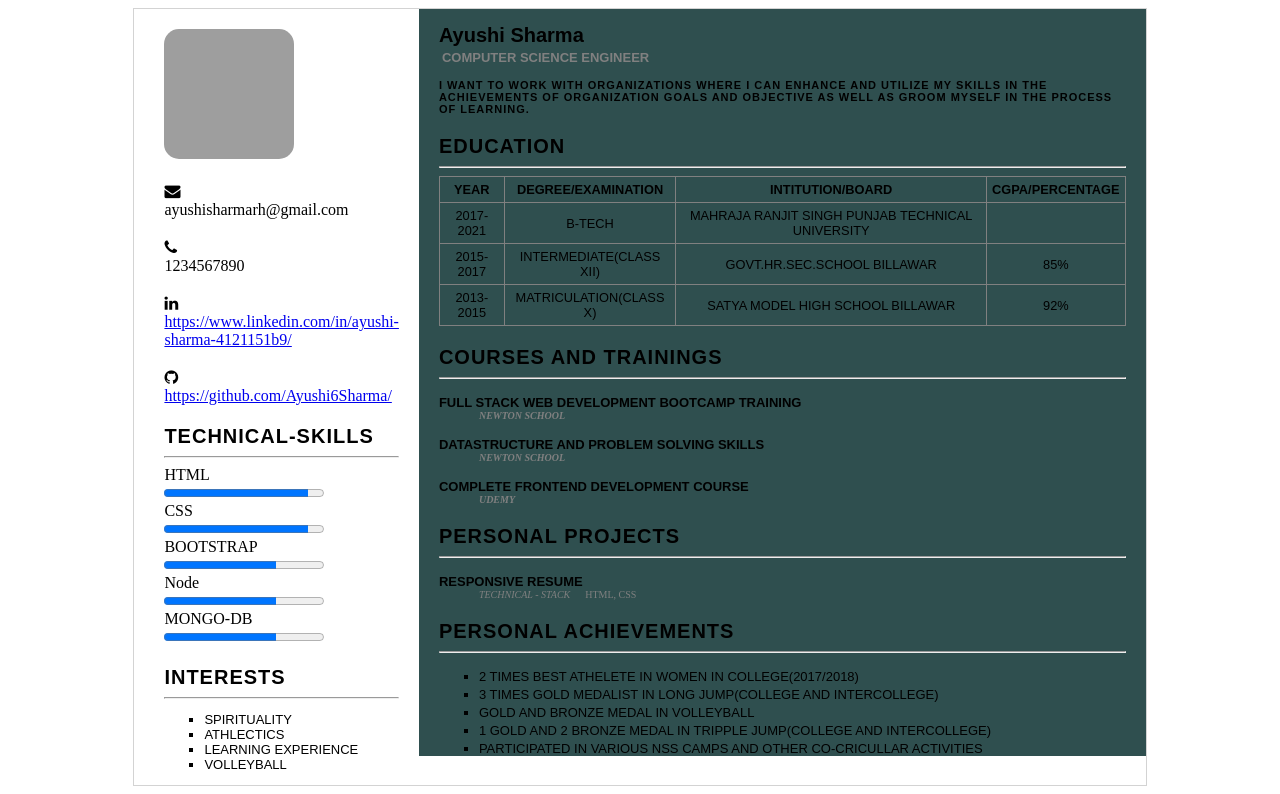
Repository: Ayushi6Sharma/Resume
Page: index.html
The author's editor kept a copy of each file at every save. The page is drawn from the files as they stood at one save, then again after the next save.
The browser window is 1280 px wide. The pictures show the whole page.
Pictures or frames that could not be fetched are drawn as grey boxes.

Above is the page before, as saved 2022-05-04 16:36:55.

### index.html
<!DOCTYPE html>
<html lang="en">
    <head>
        <meta charset="utf-8">
        <meta http-equiv="X-UA-Compatible" content="IE=edge">
        <meta name="viewport" content="width=device-width, initial-scale=1">
        <meta name="description" content="Responsive resume for companies">
        <meta name="author" content="Ayushi Sharma">
        <div class="profile-linkedin"></div>
        <link rel="stylesheet" href="style.css">
        <!-- <link rel="stylesheet" href="https://cdn.jsdelivr.net/npm/@fortawesome/fontawesome-free@5.15.4/css/fontawesome.min.css" integrity="sha384-jLKHWM3JRmfMU0A5x5AkjWkw/EYfGUAGagvnfryNV3F9VqM98XiIH7VBGVoxVSc7" crossorigin="anonymous"> -->
        <!-- <link href="https://cdnjs.cloudflare.com/ajax/libs/font-awesome/5.13.0/css/all.min.css" rel="stylesheet"> -->
        <link rel="stylesheet" href="https://stackpath.bootstrapcdn.com/font-awesome/4.7.0/css/font-awesome.min.css" integrity="sha384-wvfXpqpZZVQGK6TAh5PVlGOfQNHSoD2xbE+QkPxCAFlNEevoEH3Sl0sibVcOQVnN" crossorigin="anonymous">
        <title>Resume</title>
    </head>
    <body>
        <main class="main-content" contenteditable="false">
            <section>
                <div class="left-main-content">
                    <!-- Profile data -->
                    <div class="profile-data">
                        <div class="profile-image">
                           <img src="https://d3dyfaf3iutrxo.cloudfront.net/thumbnail/user/6c8447b7ed274991ae4f61d43667a32b.jpeg" class="img">
                        </div>
                        <div class="profile-email">
                            <div class="email-icon">
                                <i class="fa fa-envelope"></i>
                            </div>
                            <div class="email-address">
                                ayushisharmarh@gmail.com
                            </div>
                        </div>
                        <div class="profile-contact">
                            <div class="phone-icon">
                                <i class="fa fa-phone"></i>
                            </div>
                            <div class="phone-number">
                                1234567890
                            </div>
                        </div>
                        <div class="profile-linkedin">
                            <div class="linkedid-icon">
                                <i class="fa fa-linkedin"></i>
                            </div>
                            <div class="linkedin-account">
                                <a href="https://www.linkedin.com/in/ayushi-sharma-4121151b9/">https://www.linkedin.com/in/ayushi-sharma-4121151b9/</a>
                            </div>
                        </div>
                        <div class="profile-github">
                            <div class="github-icon">
                                <i class="fa fa-github"></i>
                            </div>
                            <div class="github account-account">
                               <a href="https://github.com/Ayushi6Sharma/">https://github.com/Ayushi6Sharma/</a>
                            </div>
                        </div>
                    </div>
                    <!-- Technical Skills -->
                    <div class="technical-skills">
                        <div class="title">
                            TECHNICAL-SKILLS
                        </div>
                        <hr>
                        <div class="skills">
                            <div class="skill-item">
                                HTML
                            </div>
                            <div class="skill-knowledge">
                                <progress value="90" max="100" class="bar"></progress>
                            </div>
                        </div>
                        <div class="skills">
                            <div class="skill-item">
                                CSS
                            </div>
                            <div class="skill-knowledge">
                                <progress value="90" max="100" class="bar"></progress>
                            </div>
                        </div>
                        <div class="skills">
                            <div class="skill-item">
                                BOOTSTRAP
                            </div>
                            <div class="skill-knowledge">
                                <progress value="70" max="100" class="bar"></progress>
                            </div>
                        </div>
                        <div class="skills">
                            <div class="skill-item">
                                Node
                            </div>
                            <div class="skill-knowledge">
                                <progress value="70" max="100" class="bar"></progress>
                            </div>
                        </div>
                        <div class="skills">
                            <div class="skill-item">
                                MONGO-DB
                            </div>
                            <div class="skill-knowledge">
                                <progress value="70" max="100" class="bar"></progress>
                            </div>
                        </div>
                    </div>
                    <!-- Interests -->
                    <div class="Interests">
                        <div class="title">
                            INTERESTS
                        </div>
                        <hr>
                        <ol class="interest-items">
                            <li>SPIRITUALITY</li>
                            <li>ATHLECTICS</li>
                            <li>LEARNING EXPERIENCE</li>
                            <li>VOLLEYBALL</li>
                        </ol>

                    </div>

                </div>

            </section>
            <section>
                <div class="right-main-content">
                     <div class="about">
                         <div class="name">Ayushi Sharma</div>
                         <div class="stream">COMPUTER SCIENCE ENGINEER</div>
                         <p class="details">
                             I WANT TO WORK WITH ORGANIZATIONS WHERE I CAN ENHANCE AND UTILIZE MY SKILLS IN THE ACHIEVEMENTS OF
                             ORGANIZATION GOALS AND OBJECTIVE AS WELL AS GROOM MYSELF IN THE PROCESS OF LEARNING.
                         </p>
                     </div>
                     <div class="education">
                         <div class="title">
                             EDUCATION
                         </div>
                         <hr>
                         <div class="eduction-table">
                             <table>
                                 <thead>
                                     <tr>
                                         <th>YEAR</th>
                                         <th>DEGREE/EXAMINATION</th>
                                         <th>INTITUTION/BOARD</th>
                                         <th>CGPA/PERCENTAGE</th>
                                     </tr>
                                 </thead>
                                 <tr>
                                     <td>
                                         2017-2021
                                     </td>
                                     <td>
                                        B-TECH
                                     </td>
                                     <td>MAHRAJA RANJIT SINGH PUNJAB TECHNICAL UNIVERSITY</td>
                                     <td></td>
                                 </tr>
                                 <tr>
                                    <td>
                                        2015-2017
                                    </td>
                                    <td>
                                       INTERMEDIATE(CLASS XII)
                                    </td>
                                    <td>GOVT.HR.SEC.SCHOOL BILLAWAR</td>
                                    <td>
                                        85%
                                    </td>
                                </tr>
                                <tr>
                                    <td>
                                        2013-2015
                                    </td>
                                    <td>
                                       MATRICULATION(CLASS X)
                                    </td>
                                    <td>SATYA MODEL HIGH SCHOOL BILLAWAR</td>
                                    <td>
                                        92%
                                    </td>
                                </tr>
                             </table>
                         </div>
                     </div>
                     <div class="courses-and-trainings">
                         <div class="title">COURSES AND TRAININGS</div>
                         <hr>
                        <div class="training-1">
                            <dl>
                                <dt class="training-name">
                                    FULL STACK WEB DEVELOPMENT BOOTCAMP TRAINING
                                </dt>
                                <dd class="training-place">
                                    <i>NEWTON SCHOOL</i>
                                </dd>
                            </dl>
                        </div>
                        <div class="training-1">
                            <dl>
                                <dt class="training-name">
                                    DATASTRUCTURE AND PROBLEM SOLVING SKILLS
                                </dt>
                                <dd class="training-place">
                                    <i>NEWTON SCHOOL</i>
                                </dd>
                            </dl>
                        </div>
                        <div class="training-1">
                            <dl>
                                <dt class="training-name">
                                    COMPLETE FRONTEND DEVELOPMENT COURSE
                                </dt>
                                <dd class="training-place">
                                    <i>UDEMY</i>
                                </dd>
                            </dl>
                        </div>
                     </div>
                     <div class="personal-projects">
                        <div class="title">
                            PERSONAL PROJECTS
                        </div>
                        <hr>
                        <div class="project">
                            <dl>
                                <dt class="project-name">RESPONSIVE RESUME</dt>
                                <dd class="tech-stack">
                                    <i>TECHNICAL - STACK</i>
                                    <span>&emsp; HTML, CSS<span>
                                </dd>
                            </dl>
                        </div>
                     </div>
                     <div class="personal-achievements">
                        <div class="title">
                            PERSONAL ACHIEVEMENTS
                        </div>
                        <hr>
                        <ol class="achievements">
                            <li>2 TIMES BEST ATHELETE IN WOMEN IN COLLEGE<span class="ach-data">(2017/2018)<span></li>
                            <li>3 TIMES GOLD MEDALIST IN LONG JUMP<span class="ach-data">(COLLEGE AND INTERCOLLEGE)<span></li>
                            <li>GOLD AND BRONZE MEDAL IN VOLLEYBALL</li>
                            <li>1 GOLD AND 2 BRONZE MEDAL IN TRIPPLE JUMP<span class="ach-data">(COLLEGE AND INTERCOLLEGE)</span></li>
                            <li>PARTICIPATED IN VARIOUS NSS CAMPS AND OTHER CO-CRICULLAR ACTIVITIES</li>
                        </ol>
                     </div>

                </div>
            </section>
        </main>
    </body>
</html>

### style.css

.main-content
{
    display: grid;
    grid-template-columns:1fr 3fr;
    width:80%;
    margin: auto;
    border:1px solid lightgrey;
}
.left-main-content
 {
     /* grid-column: span 1; */
    padding-left: 30px;
    padding-right: 20px;
}
.right-main-content
{
    /* grid-column: span 1/span 2; */
    padding-left:20px;
    padding-right: 20px;
    background-color:#2F4F4F;
}
.profile-data > div{
    margin-top: 20px;
}
/* profile data */
.img
{
    width:130px;
    height:130px;
    border-radius:15px;
}
/* technical skills */
.title{
    margin-top: 20px;
    font-weight: bold;
    font-size: 20px;
    letter-spacing: 1px;
    font-family: sans-serif;
}
/* Interest */
.interest-items{
    list-style-type: square;
    font-size: 13px;
    font-family: sans-serif;
}
/* Right main content */
.name
{
    font-weight:bolder;
    font-size:20px;
    font-family: sans-serif;
    padding-top: 15px;
}
.stream
{
    color: grey;
    font-family: sans-serif;
    font-size: 13px;
    padding: 3px;
    font-weight: bold;
}
.details
{
    font-size: 11px;
    font-family: sans-serif;
    font-weight: bold;
    letter-spacing: 1px;
}
/* EDUCTAION */

table,th,td
{
    border:1px solid grey;
    border-collapse: collapse;
    text-align: center;
    padding:5px;
    font-size: 1vw;
    font-family: sans-serif;
}
/* TRIANING AND COURSES */
.training-name
{
    font-weight: bold;
    font-size:13px;
    font-family: sans-serif;
}
.training-place
{
    font-weight: bold;
    font-size: 10px;
    color:grey;
}
/* PROJECTS */
.project-name
{
    font-weight: bold;
    font-size:13px;
    font-family: sans-serif;
}
.tech-stack
{
    color:grey;
    font-size: 10px;
}
.stack-name li
{
    list-style-type: square;
}
/* ACHIEVEMENTS */
.achievements
{
    list-style-type: square;
    font-size: 13px;
    font-family:sans-serif;
}
.achievements li
{
    padding-top: 3px;
}
/* media queries for responsive page */

@media only screen and (max-width:480px)
{   .main-content
    {
        grid-template-columns:repeat(1,1fr);
        width:100%;
    }
    .title
    {
        font-size: 15px;
    }
    th,td
    {
        font-size:10px;
        padding: 2px;
    }
    .training-name
    {
        font-size:10px;
    }
    .training-place
    {
        font-size: 8px;
    }
}
@media only screen and (min-width:481px) and (max-width:768px)
{
    .main-content
    {
        grid-template-columns:repeat(1,1fr);
        width:100%;
    }
    .title
    {
        font-size: 18px;
    }
    table,th,td
    {
        font-size: 10px;
    }
    .training-name
    {
        font-size:12px;
    }
    .training-place
    {
        font-size: 9px;
    }
}
@media only screen and (min-width:481px) and (max-width:768px)
{
    th,td
    {
        font-size: 10px;
        padding: 5px;
    }
}

After the next save:
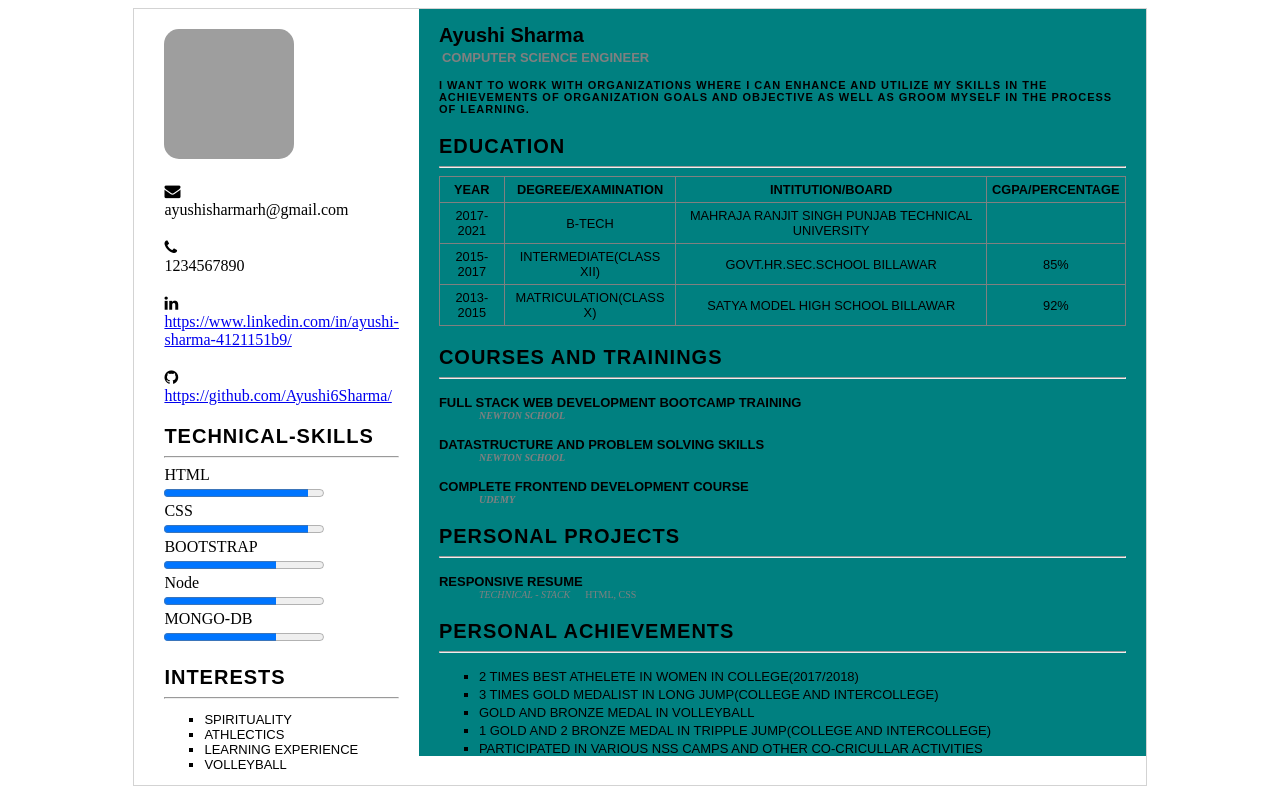
Saved 53 s later.
--- a/style.css
+++ b/style.css
@@ -18,7 +18,7 @@
     /* grid-column: span 1/span 2; */
     padding-left:20px;
     padding-right: 20px;
-    background-color:#2F4F4F;
+    background-color:#008080;
 }
 .profile-data > div{
     margin-top: 20px;

After the save that followed:
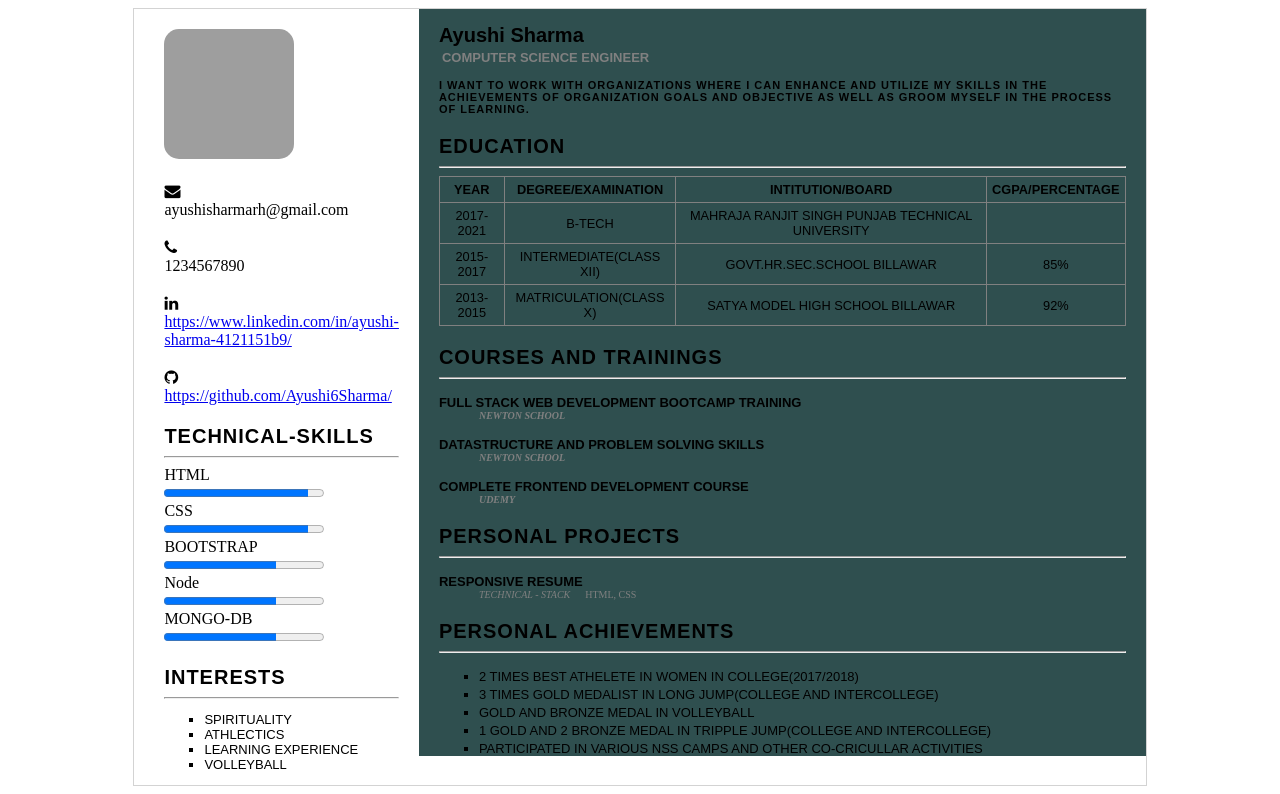
Saved 20 s later.
--- a/style.css
+++ b/style.css
@@ -18,7 +18,7 @@
     /* grid-column: span 1/span 2; */
     padding-left:20px;
     padding-right: 20px;
-    background-color:#008080;
+    background-color:#2F4F4F;
 }
 .profile-data > div{
     margin-top: 20px;
